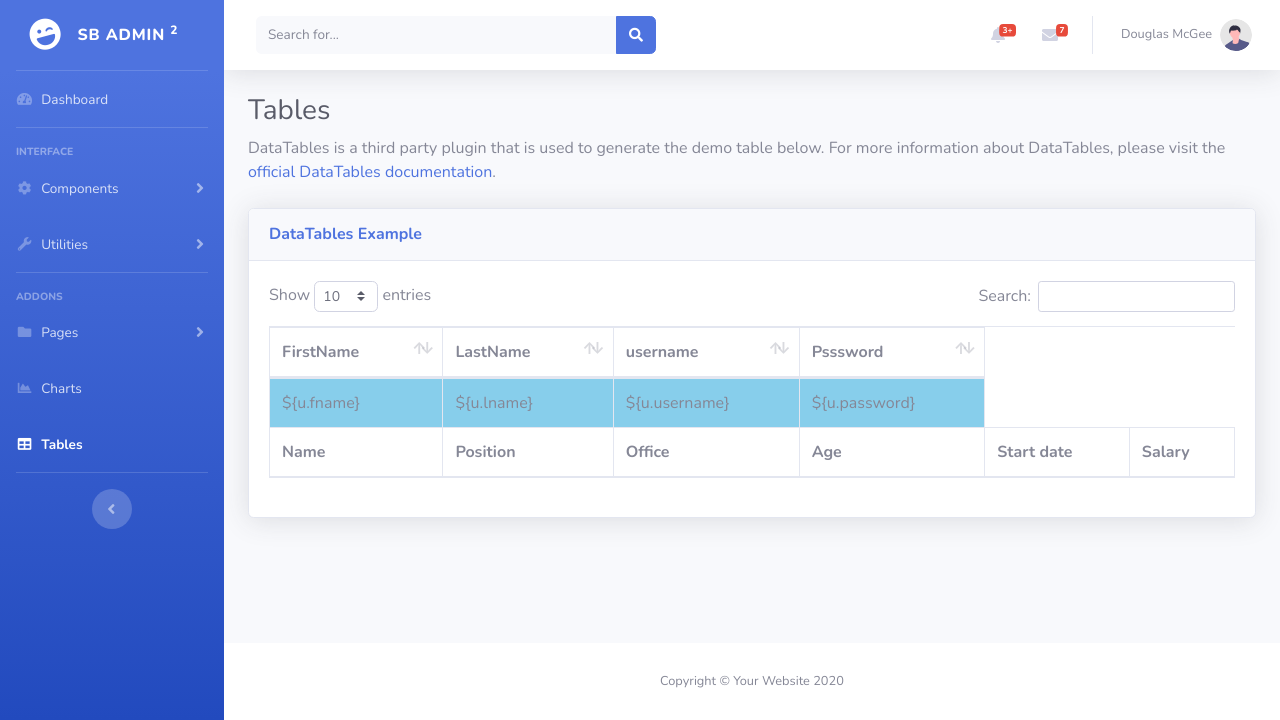
Repository: aayush105/Advance-Java
Page: webtestdem/src/main/webapp/tables.html
These files come from the project's save history. The page is drawn as it stood at one moment and after the next save; the edit follows.
The browser window is 1280 px wide. The pictures show the whole page.

Above is the page before, as saved 2023-10-10 20:53:53.
Console error: TypeError: Cannot set properties of undefined (setting 'nTf')

### webtestdem/src/main/webapp/tables.html
<!DOCTYPE html>
<html lang="en">

<head>

    <meta charset="utf-8">
    <meta http-equiv="X-UA-Compatible" content="IE=edge">
    <meta name="viewport" content="width=device-width, initial-scale=1, shrink-to-fit=no">
    <meta name="description" content="">
    <meta name="author" content="">

    <title>SB Admin 2 - Tables</title>

    <!-- Custom fonts for this template -->
    <link href="vendor/fontawesome-free/css/all.min.css" rel="stylesheet" type="text/css">
    <link
        href="https://fonts.googleapis.com/css?family=Nunito:200,200i,300,300i,400,400i,600,600i,700,700i,800,800i,900,900i"
        rel="stylesheet">

    <!-- Custom styles for this template -->
    <link href="css/sb-admin-2.min.css" rel="stylesheet">

    <!-- Custom styles for this page -->
    <link href="vendor/datatables/dataTables.bootstrap4.min.css" rel="stylesheet">

</head>

<body id="page-top">

    <!-- Page Wrapper -->
    <div id="wrapper">

        <!-- Sidebar -->
        <ul class="navbar-nav bg-gradient-primary sidebar sidebar-dark accordion" id="accordionSidebar">

            <!-- Sidebar - Brand -->
            <a class="sidebar-brand d-flex align-items-center justify-content-center" href="index.html">
                <div class="sidebar-brand-icon rotate-n-15">
                    <i class="fas fa-laugh-wink"></i>
                </div>
                <div class="sidebar-brand-text mx-3">SB Admin <sup>2</sup></div>
            </a>

            <!-- Divider -->
            <hr class="sidebar-divider my-0">

            <!-- Nav Item - Dashboard -->
            <li class="nav-item">
                <a class="nav-link" href="index.html">
                    <i class="fas fa-fw fa-tachometer-alt"></i>
                    <span>Dashboard</span></a>
            </li>

            <!-- Divider -->
            <hr class="sidebar-divider">

            <!-- Heading -->
            <div class="sidebar-heading">
                Interface
            </div>

            <!-- Nav Item - Pages Collapse Menu -->
            <li class="nav-item">
                <a class="nav-link collapsed" href="#" data-toggle="collapse" data-target="#collapseTwo"
                    aria-expanded="true" aria-controls="collapseTwo">
                    <i class="fas fa-fw fa-cog"></i>
                    <span>Components</span>
                </a>
                <div id="collapseTwo" class="collapse" aria-labelledby="headingTwo" data-parent="#accordionSidebar">
                    <div class="bg-white py-2 collapse-inner rounded">
                        <h6 class="collapse-header">Custom Components:</h6>
                        <a class="collapse-item" href="buttons.html">Buttons</a>
                        <a class="collapse-item" href="cards.html">Cards</a>
                    </div>
                </div>
            </li>

            <!-- Nav Item - Utilities Collapse Menu -->
            <li class="nav-item">
                <a class="nav-link collapsed" href="#" data-toggle="collapse" data-target="#collapseUtilities"
                    aria-expanded="true" aria-controls="collapseUtilities">
                    <i class="fas fa-fw fa-wrench"></i>
                    <span>Utilities</span>
                </a>
                <div id="collapseUtilities" class="collapse" aria-labelledby="headingUtilities"
                    data-parent="#accordionSidebar">
                    <div class="bg-white py-2 collapse-inner rounded">
                        <h6 class="collapse-header">Custom Utilities:</h6>
                        <a class="collapse-item" href="utilities-color.html">Colors</a>
                        <a class="collapse-item" href="utilities-border.html">Borders</a>
                        <a class="collapse-item" href="utilities-animation.html">Animations</a>
                        <a class="collapse-item" href="utilities-other.html">Other</a>
                    </div>
                </div>
            </li>

            <!-- Divider -->
            <hr class="sidebar-divider">

            <!-- Heading -->
            <div class="sidebar-heading">
                Addons
            </div>

            <!-- Nav Item - Pages Collapse Menu -->
            <li class="nav-item">
                <a class="nav-link collapsed" href="#" data-toggle="collapse" data-target="#collapsePages"
                    aria-expanded="true" aria-controls="collapsePages">
                    <i class="fas fa-fw fa-folder"></i>
                    <span>Pages</span>
                </a>
                <div id="collapsePages" class="collapse" aria-labelledby="headingPages" data-parent="#accordionSidebar">
                    <div class="bg-white py-2 collapse-inner rounded">
                        <h6 class="collapse-header">Login Screens:</h6>
                        <a class="collapse-item" href="login.html">Login</a>
                        <a class="collapse-item" href="register.html">Register</a>
                        <a class="collapse-item" href="forgot-password.html">Forgot Password</a>
                        <div class="collapse-divider"></div>
                        <h6 class="collapse-header">Other Pages:</h6>
                        <a class="collapse-item" href="404.html">404 Page</a>
                        <a class="collapse-item" href="blank.html">Blank Page</a>
                    </div>
                </div>
            </li>

            <!-- Nav Item - Charts -->
            <li class="nav-item">
                <a class="nav-link" href="charts.html">
                    <i class="fas fa-fw fa-chart-area"></i>
                    <span>Charts</span></a>
            </li>

            <!-- Nav Item - Tables -->
            <li class="nav-item active">
                <a class="nav-link" href="tables.html">
                    <i class="fas fa-fw fa-table"></i>
                    <span>Tables</span></a>
            </li>

            <!-- Divider -->
            <hr class="sidebar-divider d-none d-md-block">

            <!-- Sidebar Toggler (Sidebar) -->
            <div class="text-center d-none d-md-inline">
                <button class="rounded-circle border-0" id="sidebarToggle"></button>
            </div>

        </ul>
        <!-- End of Sidebar -->

        <!-- Content Wrapper -->
        <div id="content-wrapper" class="d-flex flex-column">

            <!-- Main Content -->
            <div id="content">

                <!-- Topbar -->
                <nav class="navbar navbar-expand navbar-light bg-white topbar mb-4 static-top shadow">

                    <!-- Sidebar Toggle (Topbar) -->
                    <form class="form-inline">
                        <button id="sidebarToggleTop" class="btn btn-link d-md-none rounded-circle mr-3">
                            <i class="fa fa-bars"></i>
                        </button>
                    </form>

                    <!-- Topbar Search -->
                    <form
                        class="d-none d-sm-inline-block form-inline mr-auto ml-md-3 my-2 my-md-0 mw-100 navbar-search">
                        <div class="input-group">
                            <input type="text" class="form-control bg-light border-0 small" placeholder="Search for..."
                                aria-label="Search" aria-describedby="basic-addon2">
                            <div class="input-group-append">
                                <button class="btn btn-primary" type="button">
                                    <i class="fas fa-search fa-sm"></i>
                                </button>
                            </div>
                        </div>
                    </form>

                    <!-- Topbar Navbar -->
                    <ul class="navbar-nav ml-auto">

                        <!-- Nav Item - Search Dropdown (Visible Only XS) -->
                        <li class="nav-item dropdown no-arrow d-sm-none">
                            <a class="nav-link dropdown-toggle" href="#" id="searchDropdown" role="button"
                                data-toggle="dropdown" aria-haspopup="true" aria-expanded="false">
                                <i class="fas fa-search fa-fw"></i>
                            </a>
                            <!-- Dropdown - Messages -->
                            <div class="dropdown-menu dropdown-menu-right p-3 shadow animated--grow-in"
                                aria-labelledby="searchDropdown">
                                <form class="form-inline mr-auto w-100 navbar-search">
                                    <div class="input-group">
                                        <input type="text" class="form-control bg-light border-0 small"
                                            placeholder="Search for..." aria-label="Search"
                                            aria-describedby="basic-addon2">
                                        <div class="input-group-append">
                                            <button class="btn btn-primary" type="button">
                                                <i class="fas fa-search fa-sm"></i>
                                            </button>
                                        </div>
                                    </div>
                                </form>
                            </div>
                        </li>

                        <!-- Nav Item - Alerts -->
                        <li class="nav-item dropdown no-arrow mx-1">
                            <a class="nav-link dropdown-toggle" href="#" id="alertsDropdown" role="button"
                                data-toggle="dropdown" aria-haspopup="true" aria-expanded="false">
                                <i class="fas fa-bell fa-fw"></i>
                                <!-- Counter - Alerts -->
                                <span class="badge badge-danger badge-counter">3+</span>
                            </a>
                            <!-- Dropdown - Alerts -->
                            <div class="dropdown-list dropdown-menu dropdown-menu-right shadow animated--grow-in"
                                aria-labelledby="alertsDropdown">
                                <h6 class="dropdown-header">
                                    Alerts Center
                                </h6>
                                <a class="dropdown-item d-flex align-items-center" href="#">
                                    <div class="mr-3">
                                        <div class="icon-circle bg-primary">
                                            <i class="fas fa-file-alt text-white"></i>
                                        </div>
                                    </div>
                                    <div>
                                        <div class="small text-gray-500">December 12, 2019</div>
                                        <span class="font-weight-bold">A new monthly report is ready to download!</span>
                                    </div>
                                </a>
                                <a class="dropdown-item d-flex align-items-center" href="#">
                                    <div class="mr-3">
                                        <div class="icon-circle bg-success">
                                            <i class="fas fa-donate text-white"></i>
                                        </div>
                                    </div>
                                    <div>
                                        <div class="small text-gray-500">December 7, 2019</div>
                                        $290.29 has been deposited into your account!
                                    </div>
                                </a>
                                <a class="dropdown-item d-flex align-items-center" href="#">
                                    <div class="mr-3">
                                        <div class="icon-circle bg-warning">
                                            <i class="fas fa-exclamation-triangle text-white"></i>
                                        </div>
                                    </div>
                                    <div>
                                        <div class="small text-gray-500">December 2, 2019</div>
                                        Spending Alert: We've noticed unusually high spending for your account.
                                    </div>
                                </a>
                                <a class="dropdown-item text-center small text-gray-500" href="#">Show All Alerts</a>
                            </div>
                        </li>

                        <!-- Nav Item - Messages -->
                        <li class="nav-item dropdown no-arrow mx-1">
                            <a class="nav-link dropdown-toggle" href="#" id="messagesDropdown" role="button"
                                data-toggle="dropdown" aria-haspopup="true" aria-expanded="false">
                                <i class="fas fa-envelope fa-fw"></i>
                                <!-- Counter - Messages -->
                                <span class="badge badge-danger badge-counter">7</span>
                            </a>
                            <!-- Dropdown - Messages -->
                            <div class="dropdown-list dropdown-menu dropdown-menu-right shadow animated--grow-in"
                                aria-labelledby="messagesDropdown">
                                <h6 class="dropdown-header">
                                    Message Center
                                </h6>
                                <a class="dropdown-item d-flex align-items-center" href="#">
                                    <div class="dropdown-list-image mr-3">
                                        <img class="rounded-circle" src="img/undraw_profile_1.svg"
                                            alt="...">
                                        <div class="status-indicator bg-success"></div>
                                    </div>
                                    <div class="font-weight-bold">
                                        <div class="text-truncate">Hi there! I am wondering if you can help me with a
                                            problem I've been having.</div>
                                        <div class="small text-gray-500">Emily Fowler · 58m</div>
                                    </div>
                                </a>
                                <a class="dropdown-item d-flex align-items-center" href="#">
                                    <div class="dropdown-list-image mr-3">
                                        <img class="rounded-circle" src="img/undraw_profile_2.svg"
                                            alt="...">
                                        <div class="status-indicator"></div>
                                    </div>
                                    <div>
                                        <div class="text-truncate">I have the photos that you ordered last month, how
                                            would you like them sent to you?</div>
                                        <div class="small text-gray-500">Jae Chun · 1d</div>
                                    </div>
                                </a>
                                <a class="dropdown-item d-flex align-items-center" href="#">
                                    <div class="dropdown-list-image mr-3">
                                        <img class="rounded-circle" src="img/undraw_profile_3.svg"
                                            alt="...">
                                        <div class="status-indicator bg-warning"></div>
                                    </div>
                                    <div>
                                        <div class="text-truncate">Last month's report looks great, I am very happy with
                                            the progress so far, keep up the good work!</div>
                                        <div class="small text-gray-500">Morgan Alvarez · 2d</div>
                                    </div>
                                </a>
                                <a class="dropdown-item d-flex align-items-center" href="#">
                                    <div class="dropdown-list-image mr-3">
                                        <img class="rounded-circle" src="https://source.unsplash.com/Mv9hjnEUHR4/60x60"
                                            alt="...">
                                        <div class="status-indicator bg-success"></div>
                                    </div>
                                    <div>
                                        <div class="text-truncate">Am I a good boy? The reason I ask is because someone
                                            told me that people say this to all dogs, even if they aren't good...</div>
                                        <div class="small text-gray-500">Chicken the Dog · 2w</div>
                                    </div>
                                </a>
                                <a class="dropdown-item text-center small text-gray-500" href="#">Read More Messages</a>
                            </div>
                        </li>

                        <div class="topbar-divider d-none d-sm-block"></div>

                        <!-- Nav Item - User Information -->
                        <li class="nav-item dropdown no-arrow">
                            <a class="nav-link dropdown-toggle" href="#" id="userDropdown" role="button"
                                data-toggle="dropdown" aria-haspopup="true" aria-expanded="false">
                                <span class="mr-2 d-none d-lg-inline text-gray-600 small">Douglas McGee</span>
                                <img class="img-profile rounded-circle"
                                    src="img/undraw_profile.svg">
                            </a>
                            <!-- Dropdown - User Information -->
                            <div class="dropdown-menu dropdown-menu-right shadow animated--grow-in"
                                aria-labelledby="userDropdown">
                                <a class="dropdown-item" href="#">
                                    <i class="fas fa-user fa-sm fa-fw mr-2 text-gray-400"></i>
                                    Profile
                                </a>
                                <a class="dropdown-item" href="#">
                                    <i class="fas fa-cogs fa-sm fa-fw mr-2 text-gray-400"></i>
                                    Settings
                                </a>
                                <a class="dropdown-item" href="#">
                                    <i class="fas fa-list fa-sm fa-fw mr-2 text-gray-400"></i>
                                    Activity Log
                                </a>
                                <div class="dropdown-divider"></div>
                                <a class="dropdown-item" href="#" data-toggle="modal" data-target="#logoutModal">
                                    <i class="fas fa-sign-out-alt fa-sm fa-fw mr-2 text-gray-400"></i>
                                    Logout
                                </a>
                            </div>
                        </li>

                    </ul>

                </nav>
                <!-- End of Topbar -->

                <!-- Begin Page Content -->
                <div class="container-fluid">

                    <!-- Page Heading -->
                    <h1 class="h3 mb-2 text-gray-800">Tables</h1>
                    <p class="mb-4">DataTables is a third party plugin that is used to generate the demo table below.
                        For more information about DataTables, please visit the <a target="_blank"
                            href="https://datatables.net">official DataTables documentation</a>.</p>

                    <!-- DataTales Example -->
                    <div class="card shadow mb-4">
                        <div class="card-header py-3">
                            <h6 class="m-0 font-weight-bold text-primary">DataTables Example</h6>
                        </div>
                        <div class="card-body">
                            <div class="table-responsive">
                                <table class="table table-bordered" id="dataTable" width="100%" cellspacing="0">
                                    <thead>
                                        <tr>
                                            <th>FirstName</th>
                                            <th>LastName</th>
                                            <th>username</th>
                                            <th>Psssword</th>

                                        </tr>
                                    </thead>
                                    <tfoot>
                                        <tr>
                                            <th>Name</th>
                                            <th>Position</th>
                                            <th>Office</th>
                                            <th>Age</th>
                                            <th>Start date</th>
                                            <th>Salary</th>
                                        </tr>
                                    </tfoot>
                                    <tbody>
										<c:forEach var="u" items="${ulist}">

										<tr bgcolor="skyblue">
										<td>${u.fname}</td>
										<td>${u.lname}</td>
										<td>${u.username}</td>
										<td>${u.password}</td>
										</tr>

										</c:forEach>
                                    </tbody>
                                </table>
                            </div>
                        </div>
                    </div>

                </div>
                <!-- /.container-fluid -->

            </div>
            <!-- End of Main Content -->

            <!-- Footer -->
            <footer class="sticky-footer bg-white">
                <div class="container my-auto">
                    <div class="copyright text-center my-auto">
                        <span>Copyright &copy; Your Website 2020</span>
                    </div>
                </div>
            </footer>
            <!-- End of Footer -->

        </div>
        <!-- End of Content Wrapper -->

    </div>
    <!-- End of Page Wrapper -->

    <!-- Scroll to Top Button-->
    <a class="scroll-to-top rounded" href="#page-top">
        <i class="fas fa-angle-up"></i>
    </a>

    <!-- Logout Modal-->
    <div class="modal fade" id="logoutModal" tabindex="-1" role="dialog" aria-labelledby="exampleModalLabel"
        aria-hidden="true">
        <div class="modal-dialog" role="document">
            <div class="modal-content">
                <div class="modal-header">
                    <h5 class="modal-title" id="exampleModalLabel">Ready to Leave?</h5>
                    <button class="close" type="button" data-dismiss="modal" aria-label="Close">
                        <span aria-hidden="true">×</span>
                    </button>
                </div>
                <div class="modal-body">Select "Logout" below if you are ready to end your current session.</div>
                <div class="modal-footer">
                    <button class="btn btn-secondary" type="button" data-dismiss="modal">Cancel</button>
                    <a class="btn btn-primary" href="login.html">Logout</a>
                </div>
            </div>
        </div>
    </div>

    <!-- Bootstrap core JavaScript-->
    <script src="vendor/jquery/jquery.min.js"></script>
    <script src="vendor/bootstrap/js/bootstrap.bundle.min.js"></script>

    <!-- Core plugin JavaScript-->
    <script src="vendor/jquery-easing/jquery.easing.min.js"></script>

    <!-- Custom scripts for all pages-->
    <script src="js/sb-admin-2.min.js"></script>

    <!-- Page level plugins -->
    <script src="vendor/datatables/jquery.dataTables.min.js"></script>
    <script src="vendor/datatables/dataTables.bootstrap4.min.js"></script>

    <!-- Page level custom scripts -->
    <script src="js/demo/datatables-demo.js"></script>

</body>

</html>

Loaded but not shown: webtestdem/src/main/webapp/vendor/fontawesome-free/css/all.min.css (library); webtestdem/src/main/webapp/css/sb-admin-2.min.css (library); webtestdem/src/main/webapp/vendor/datatables/dataTables.bootstrap4.min.css (library); webtestdem/src/main/webapp/vendor/jquery/jquery.min.js (library); webtestdem/src/main/webapp/vendor/bootstrap/js/bootstrap.bundle.min.js (library); webtestdem/src/main/webapp/vendor/jquery-easing/jquery.easing.min.js (common file); webtestdem/src/main/webapp/js/sb-admin-2.min.js (common file); webtestdem/src/main/webapp/vendor/datatables/jquery.dataTables.min.js (library); webtestdem/src/main/webapp/vendor/datatables/dataTables.bootstrap4.min.js (common file); webtestdem/src/main/webapp/js/demo/datatables-demo.js (common file)

After the next save:
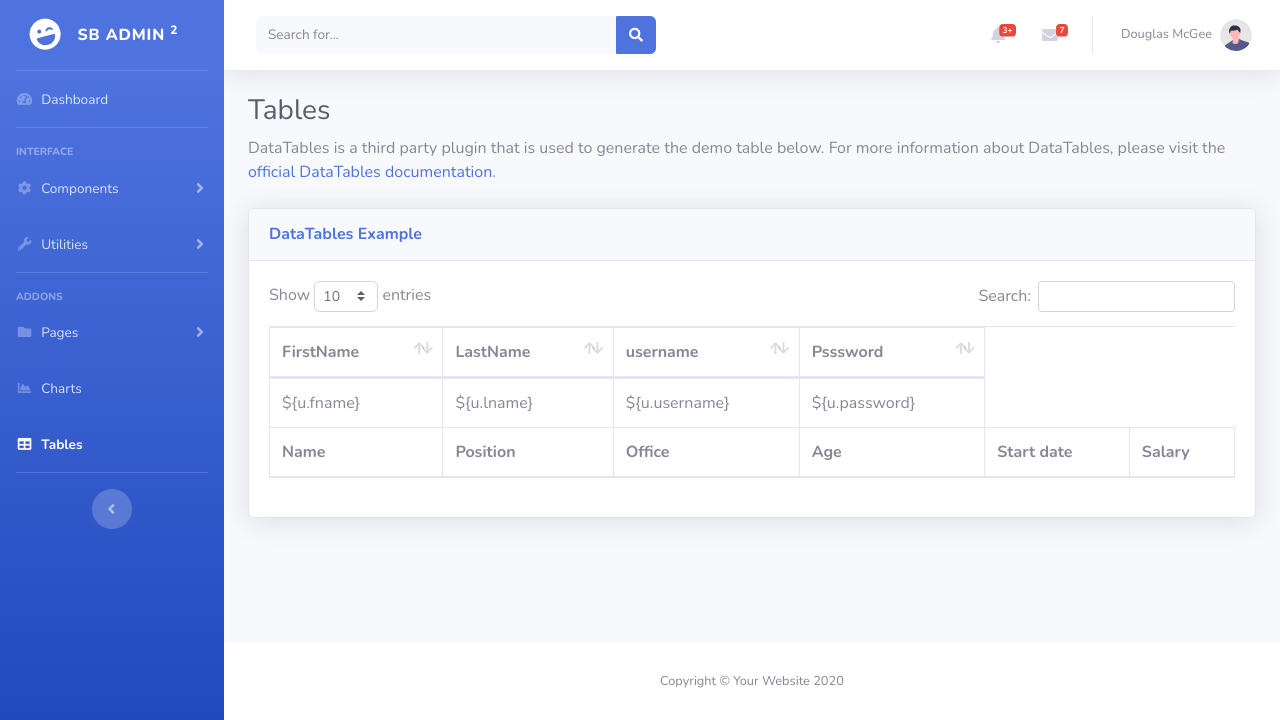
Saved 16 s later.
--- a/webtestdem/src/main/webapp/tables.html
+++ b/webtestdem/src/main/webapp/tables.html
@@ -399,7 +399,7 @@
                                     <tbody>
 										<c:forEach var="u" items="${ulist}">
 
-										<tr bgcolor="skyblue">
+										<tr>
 										<td>${u.fname}</td>
 										<td>${u.lname}</td>
 										<td>${u.username}</td>
